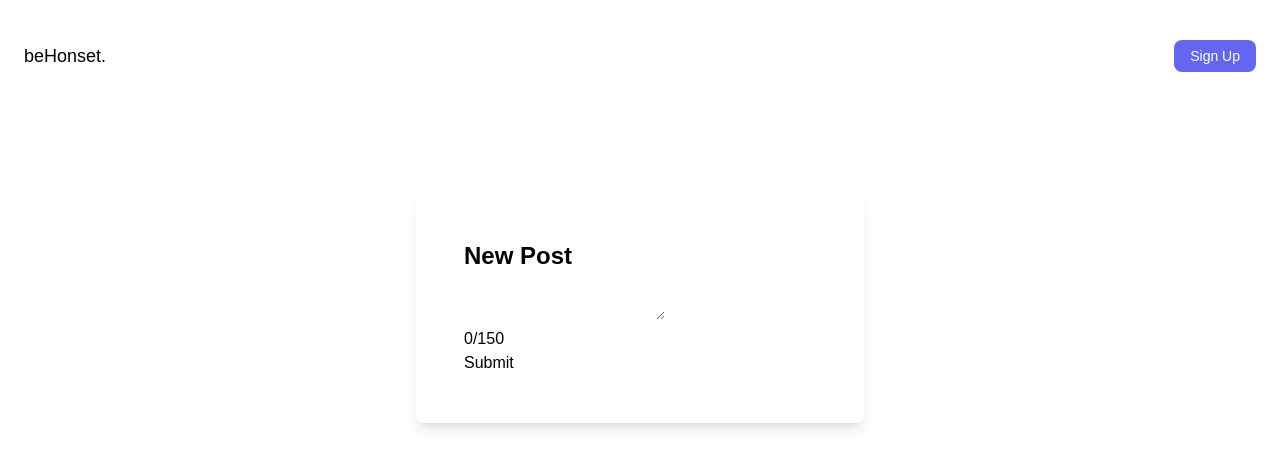
Repository: aidenfine/be-honset
Page: /new-post
The author's editor kept a copy of each file at every save. The page is drawn from the files as they stood at one save, then again after the next save.
The browser window is 1280 px wide. The pictures show the whole page.
The page's requests for data from a server got no answer. The project was rebuilt for these pictures with package versions that can differ from the ones it lists, and the page was loaded fresh each time. The framework's server and built-in components were replaced by stand-ins that run in the browser. No one was signed in, and anything a server would have sent is missing. Also part of the build but not shown: next.config.js.

Above is the page before, as saved 2022-10-26 20:01:39.

### pages/_app.js
import '../styles/globals.css'
import Layout from '../components/layout'

function MyApp({ Component, pageProps }) {
  return(
    <Layout>
      <Component {...pageProps} />
    </Layout>

  )
}

export default MyApp

### pages/new-post.js
import { auth, db} from '../utils/firebase';
import { useAuthState } from 'react-firebase-hooks/auth';
import { useRouter } from 'next/router';
import { useEffect, useState } from 'react';

export default function post(){


    return(
        <div className='my-20 p-12 shadow-lg rounded-lg max-w-md mx-auto'>
            <form>
                <h1 className='text-2xl font-bold'>New Post</h1>
                <div>
                    <textarea></textarea>
                    <p>0/150</p>
                </div>
                <button>Submit</button>
            </form>
        </div>
    )
}

### styles/globals.css
@tailwind base;
@tailwind components;
@tailwind utilities;


* {
  font-family: 'Montserrat', sans-serif;

}

### components/layout.js
import Nav from "./Nav";

export default function Layout({ children }){
    return(
        <div className="mx-6 md:max-w-10xl md-mx-auto font-montserrat">
            <Nav />
            <main>{children}</main>
        </div>
    )
}

### utils/firebase.js
// Import the functions you need from the SDKs you need
import { initializeApp } from "firebase/app";
import {getAuth} from 'firebase/auth';
import {getFirestore} from 'firebase/firestore'
// TODO: Add SDKs for Firebase products that you want to use
// https://firebase.google.com/docs/web/setup#available-libraries

// Your web app's Firebase configuration
// For Firebase JS SDK v7.20.0 and later, measurementId is optional
const firebaseConfig = {
  apiKey: process.env.NEXT_PUBLIC_API_KEY,
  authDomain: process.env.NEXT_PUBLIC_AUTH_DOMAIN,
  projectId: process.env.NEXT_PUBLIC_PROJECT_ID,
  storageBucket: process.env.NEXT_PUBLIC_STORAGE_BUCKET,
  messagingSenderId: process.env.NEXT_PUBLIC_MESSAGING_SENDER_ID,
  appId: process.env.NEXT_PUBLIC_APP_ID,
  measurementId: process.env.NEXT_PUBLIC_MEASUREMENT_ID
};

// Initialize Firebase
const app = initializeApp(firebaseConfig);
export const auth = getAuth();
export const db = getFirestore(app);

### components/Nav.js
import Link from "next/link"
import { auth } from "../utils/firebase"
import { useAuthState } from "react-firebase-hooks/auth"

export default function Nav(){
    const [user, loading] = useAuthState(auth);

    return(
        <nav className="flex justify-between items-center py-10">
            <Link href="/">
            <button className="text-lg font-medium text-black opacity-87" >beHonset.</button>
            </Link>
            <ul className="flex items-center gap-10">
                {!user && (
                <Link href={"/login"} className="py-1.5 px-4 text-sm bg-indigo-500 text-white opacity-87 rounded-lg font-medium ml-8">Sign Up</Link>
            )}
            {user && (
                <div className="flex items-center gap-6">
                    <Link href="/new-post">
                    <button className="font-medium bg-indigo-500 text-white py-2 px-4 rounded-lg text-sm">Create Post</button>
                    </Link>
                    <Link href="/dashboard">
                        <img className="w-10 rounded-full cursor-pointer" referrerpolicy="no-referrer" src={user.photoURL} />

                    </Link>
                </div>
            )}
            </ul>



        </nav>
    )
}

### tailwind.config.js
/** @type {import('tailwindcss').Config} */
module.exports = {
  content: [
    "./pages/**/*.{js,ts,jsx,tsx}",
    "./components/**/*.{js,ts,jsx,tsx}",
  ],
  darkMode: 'class',
  theme: {
    extend: {
      fontFamily: {
        montserrat: 'Montserrat',
      }
    },
  },
  plugins: [],
}

After the next save:
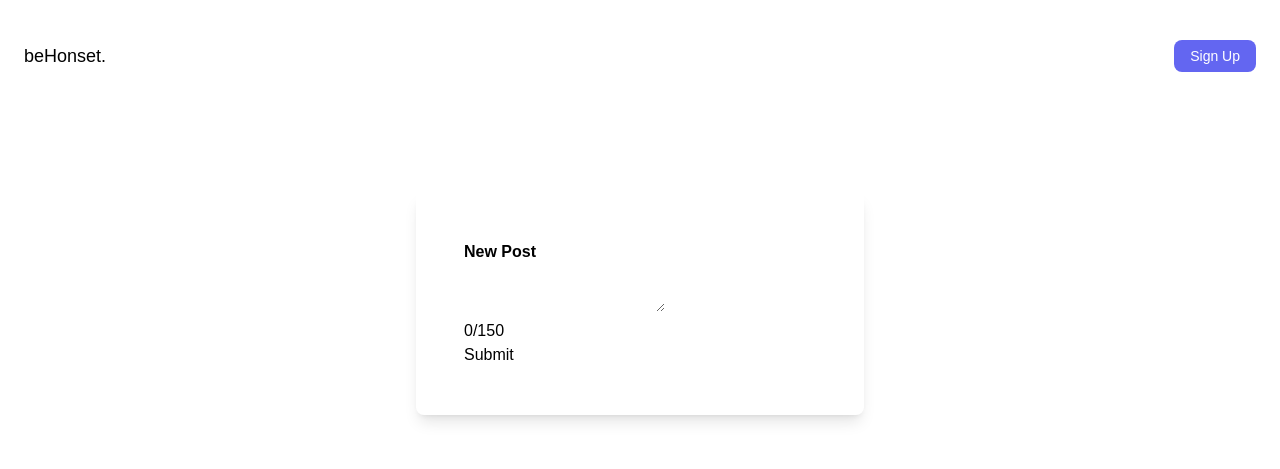
Saved 12 s later.
--- a/pages/new-post.js
+++ b/pages/new-post.js
@@ -9,7 +9,7 @@
     return(
         <div className='my-20 p-12 shadow-lg rounded-lg max-w-md mx-auto'>
             <form>
-                <h1 className='text-2xl font-bold'>New Post</h1>
+                <h1 className='text-1xl font-bold'>New Post</h1>
                 <div>
                     <textarea></textarea>
                     <p>0/150</p>

After the 4 saves that followed:
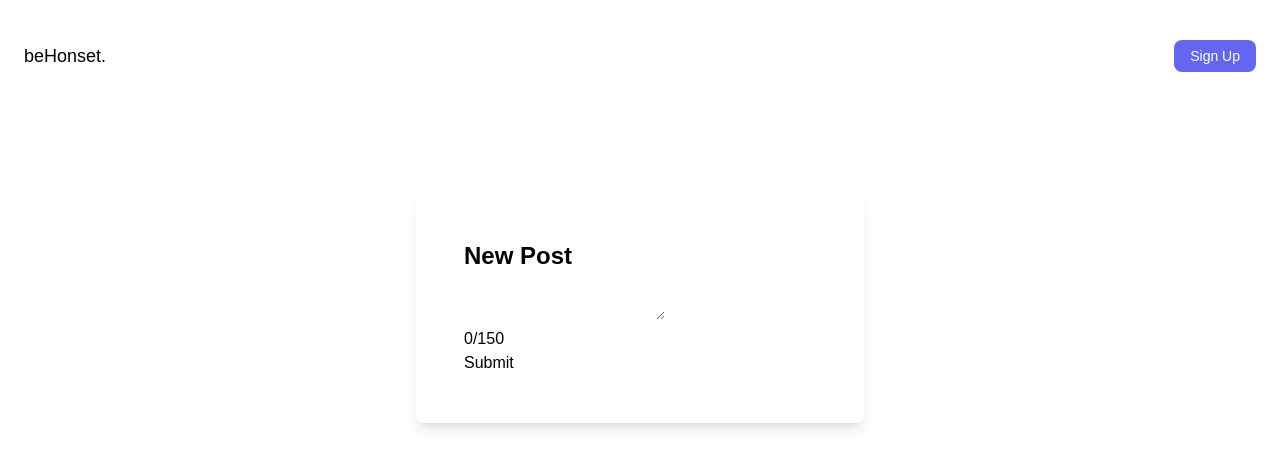
The 4 saves are shown as one change because 2 left the picture as it was and some came seconds apart.
The last was saved 16 s later.
--- a/pages/new-post.js
+++ b/pages/new-post.js
@@ -9,7 +9,7 @@
     return(
         <div className='my-20 p-12 shadow-lg rounded-lg max-w-md mx-auto'>
             <form>
-                <h1 className='text-1xl font-bold'>New Post</h1>
+                <h1 className='text-2xl font-bold'>New Post</h1>
                 <div>
                     <textarea></textarea>
                     <p>0/150</p>
